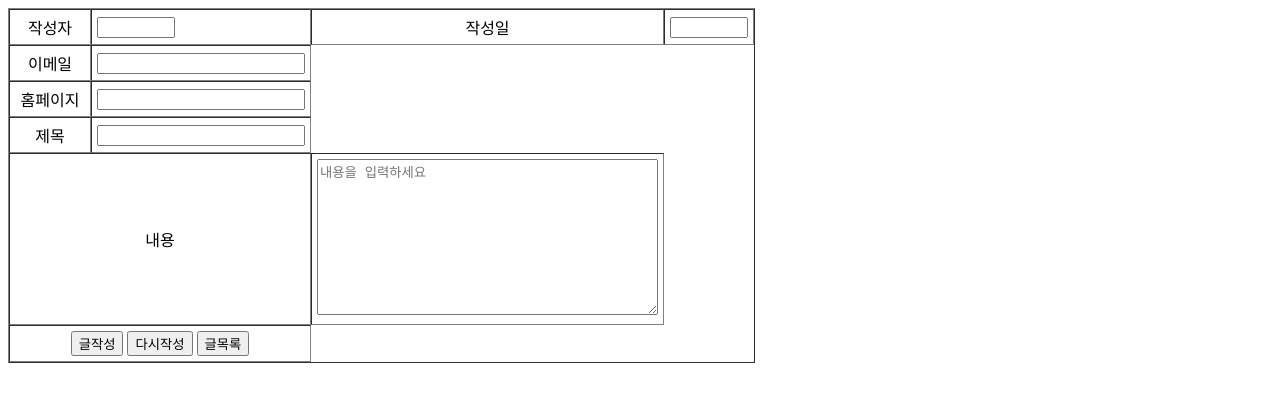
Repository: kimsuel/java-ee-practice
Page: guestbookservlet/WebContent/guestbook/guestbookList.html
An editor plug-in stored every save of this project. The page is shown before and after the next save, followed by the edit.
The browser window is 1280 px wide. The pictures show the whole page.

Above is the page before, as saved 2018-06-20 07:39:56.

### guestbookservlet/WebContent/guestbook/guestbookList.html
<!DOCTYPE html>
<html>
<head>
<meta charset="UTF-8">
<title>글 목록</title>
</head>
<body>
	<table border="1" cellpadding="5" cellspacing="0">
			<tr>
				<td width="70" align="center">작성자</td>
				<td><input type="text" name="email" style="width:70px"></td>
				<td width="70" align="center">작성일</td>
				<td><input type="text" name="email" style="width:70px"></td>
			</tr>
			<tr>
				<td align="center">이메일</td>
				<td><input type="text" name="email" style="width:200px"></td>
			</tr>
			<tr>
				<td align="center">홈페이지</td>
				<td><input type="text" name="homepage" style="width: 200px"></td>
			</tr>
			<tr>
				<td align="center">제목</td>
				<td><input type="text" name="subject" style="width: 200px"></td>
			</tr>
			<tr>
				<td colspan="2"  align="center">내용</td>
				<td><textarea cols="40" rows="10" name="content" placeholder="내용을 입력하세요"></textarea></td>
			</tr>

			<tr>
				<td colspan="2" align="center"><input type="button" value="글작성" onclick="javascript:check()">
								<input type="reset" value="다시작성">
								<input type="button" value="글목록" onclick="location.href='guestbookList.html'"></td>
			</tr>
		</table>
</body>
</html>

After the next save:
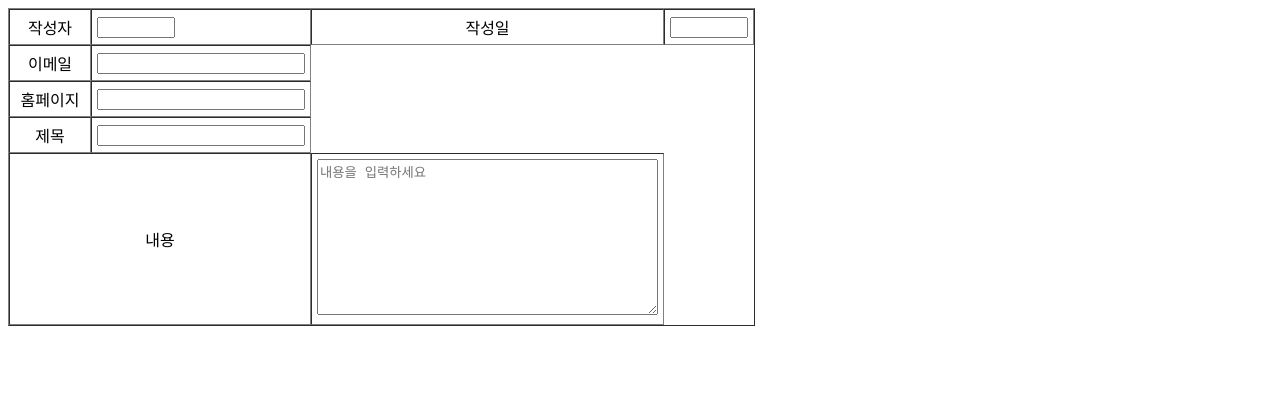
Saved 12 s later.
--- a/guestbookservlet/WebContent/guestbook/guestbookList.html
+++ b/guestbookservlet/WebContent/guestbook/guestbookList.html
@@ -28,12 +28,6 @@
 				<td colspan="2"  align="center">내용</td>
 				<td><textarea cols="40" rows="10" name="content" placeholder="내용을 입력하세요"></textarea></td>
 			</tr>
-
-			<tr>
-				<td colspan="2" align="center"><input type="button" value="글작성" onclick="javascript:check()">
-								<input type="reset" value="다시작성">
-								<input type="button" value="글목록" onclick="location.href='guestbookList.html'"></td>
-			</tr>
 		</table>
 </body>
 </html>
